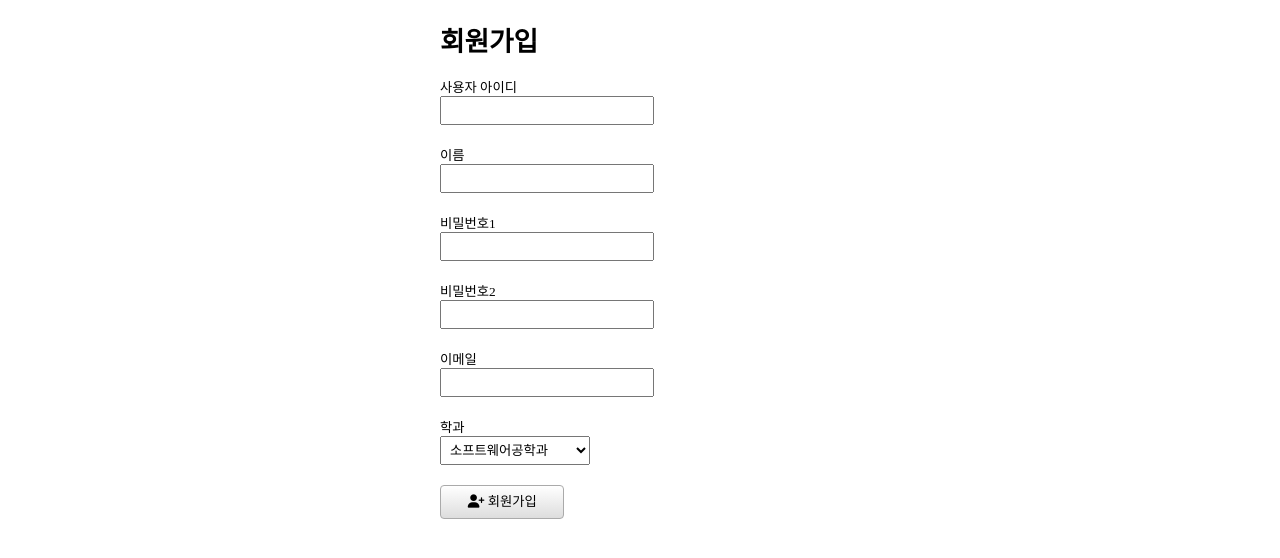
Repository: 5anniversary/JSPhw
Page: http://localhost/lecture1/jsp_hw/studentCreate.jsp
These files come from the project's save history. The page is drawn as it stood at one moment and after the next save; the edit follows.
The browser window is 1280 px wide. The pictures show the whole page.
Some web libraries are served in a nearby version. The page is served by Tomcat 9. Other server files are loaded and not shown.

Above is the page before, as saved 2020-04-11 15:15:08.

### lecture1/WebContent/jsp_hw/studentCreate.jsp
<%@ page language="java" contentType="text/html; charset=UTF-8"
	pageEncoding="UTF-8"%>
<%@ page import="lecture1.form02.*"%>
<%
	String userid = "";
String name = "";
String password1;
String password2;
String email = "";
int department = 0;
String 에러메시지 = null;
request.setCharacterEncoding("UTF-8");
if (request.getMethod().equals("POST")) {
	userid = request.getParameter("userid");
	name = request.getParameter("name");
	password1 = request.getParameter("password1");
	password2 = request.getParameter("password2");
	email = request.getParameter("email");
	String s = request.getParameter("department");
	department = Integer.parseInt(s);
	if (userid == null || userid.length() == 0)
		에러메시지 = "사용자 아이디를 입력하세요";
	else if (name == null || name.length() == 0)
		에러메시지 = "이름을 입력하세요";
	else if (password1 == null || password1.length() == 0)
		에러메시지 = "비밀번호1을 입력하세요";
	else if (password2 == null || password2.length() == 0)
		에러메시지 = "비밀번호2를 입력하세요";
	else if (password1.equals(password2) == false)
		에러메시지 = "비밀번호 불일치";
	else if (email == null || email.length() == 0)
		에러메시지 = "이메일 주소를 입력하세요";
	else {
		User user = new User(userid, name, password1, email, department);
		session.setAttribute("user", user);
		response.sendRedirect("register2_success.jsp");
		return;
	}
}
%>
<!DOCTYPE html>
<html>
<head>
<meta http-equiv="Content-Type" content="text/html; charset=utf-8">
<script src="https://kit.fontawesome.com/68abb170e0.js"
	crossorigin="anonymous"></script>
<style>
body {
	font-family: 굴림체;
	font-size: 10pt;
}

div.container {
	width: 400px;
	margin: 20px auto;
}

form, form div {
	margin-bottom: 20px;
}

label {
	display: block;
}

input.text {
	width: 200px;
	padding: 5px;
}

select {
	width: 150px;
	padding: 5px;
}

.btn {
	padding: 0.7em 2em;
	border: 1px solid #aaa;
	border-radius: 4px;
	background: linear-gradient(#fff, #ddd);
	color: black;
	font-family: 굴림체;
	font-size: 10pt;
	line-height: 1em;
	text-decoration: none;
	cursor: pointer;
	display: inline-block;
}

.btn:active {
	-ms-transform: translateY(2px);
	-webkit-transform: translateY(2px);
	transform: translateY(2px);
	background: #ccc;
}

hr {
	margin-top: 80px;
}

div.info {
	margin: 10px;
	padding: 10px 20px;
	background-color: #dff;
	border: 1px solid #8ff;
}

div.error {
	margin: 10px;
	padding: 10px 20px;
	background-color: #fdd;
	border: 1px solid #faa;
}
</style>
</head>
<body>
	<div class="container">
		<form method="post">
			<h1>회원가입</h1>
			<div>
				<label>사용자 아이디</label> <input type="text" class="text" name="userid"
					value="<%=userid%>" />
			</div>
			<div>
				<label>이름</label> <input type="text" class="text" name="name"
					value="<%=name%>" />
			</div>
			<div>
				<label>비밀번호1</label> <input type="password" class="text"
					name="password1" />
			</div>
			<div>
				<label>비밀번호2</label> <input type="password" class="text"
					name="password2" />
			</div>
			<div>
				<label>이메일</label> <input type="email" class="text" name="email"
					value="<%=email%>" />
			</div>
			<div>
				<label>학과</label> <select class="form-control" name="department">
					<option value="1" <%=department == 1 ? "selected" : ""%>>소프트웨어공학과</option>
					<option value="2" <%=department == 2 ? "selected" : ""%>>컴퓨터공학과</option>
					<option value="3" <%=department == 3 ? "selected" : ""%>>정보통신공학과</option>
					<option value="4" <%=department == 4 ? "selected" : ""%>>글로컬IT공학과</option>
				</select>
			</div>
			<button type="submit" class="btn">
				<i class="fas fa-user-plus"></i> 회원가입
			</button>
		</form>
		<% if (에러메시지 != null) { %>
		<div class="error">
			회원가입 실패:
			<%= 에러메시지 %>
		</div>
		<% } %>
	</div>
</body>
</html>

After the next save:
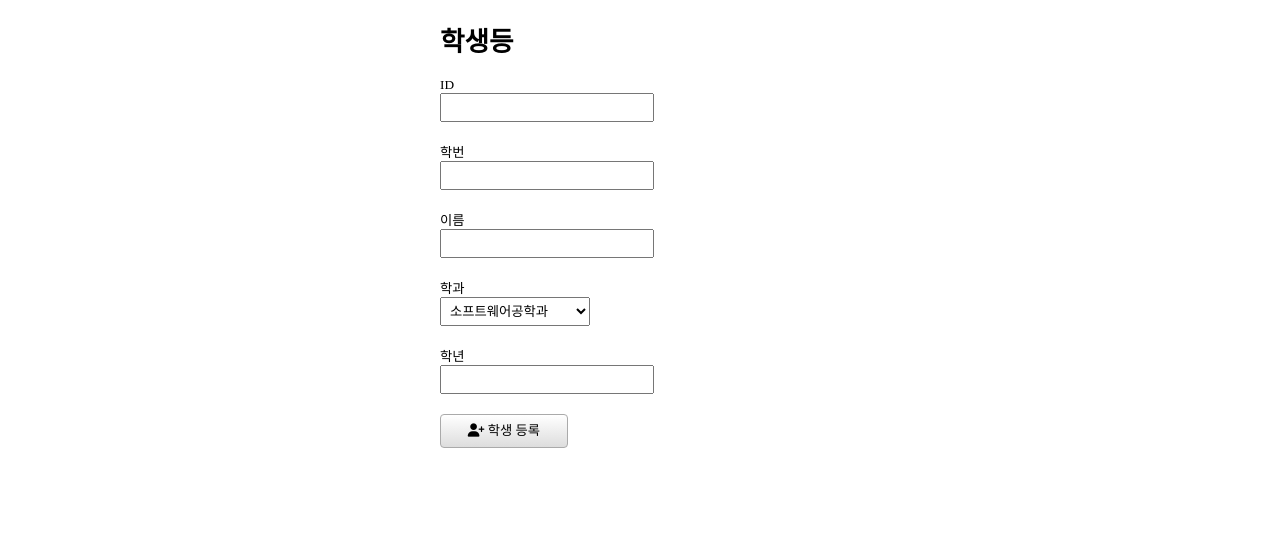
Saved 111 s later.
--- a/lecture1/WebContent/jsp_hw/studentCreate.jsp
+++ b/lecture1/WebContent/jsp_hw/studentCreate.jsp
@@ -116,26 +116,18 @@ div.error {
 <body>
 	<div class="container">
 		<form method="post">
-			<h1>회원가입</h1>
+			<h1>학생등</h1>
 			<div>
-				<label>사용자 아이디</label> <input type="text" class="text" name="userid"
+				<label>ID</label> <input type="text" class="text" name="userid"
 					value="<%=userid%>" />
 			</div>
 			<div>
-				<label>이름</label> <input type="text" class="text" name="name"
+				<label>학번</label> <input type="text" class="text" name="name"
 					value="<%=name%>" />
 			</div>
 			<div>
-				<label>비밀번호1</label> <input type="password" class="text"
+				<label>이름</label> <input type="password" class="text"
 					name="password1" />
-			</div>
-			<div>
-				<label>비밀번호2</label> <input type="password" class="text"
-					name="password2" />
-			</div>
-			<div>
-				<label>이메일</label> <input type="email" class="text" name="email"
-					value="<%=email%>" />
 			</div>
 			<div>
 				<label>학과</label> <select class="form-control" name="department">
@@ -145,13 +137,17 @@ div.error {
 					<option value="4" <%=department == 4 ? "selected" : ""%>>글로컬IT공학과</option>
 				</select>
 			</div>
+			<div>
+				<label>학년</label> <input type="password" class="text"
+					name="password2" />
+			</div>
 			<button type="submit" class="btn">
-				<i class="fas fa-user-plus"></i> 회원가입
+				<i class="fas fa-user-plus"></i> 학생 등록
 			</button>
 		</form>
 		<% if (에러메시지 != null) { %>
 		<div class="error">
-			회원가입 실패:
+			학생등록 실패 :
 			<%= 에러메시지 %>
 		</div>
 		<% } %>
